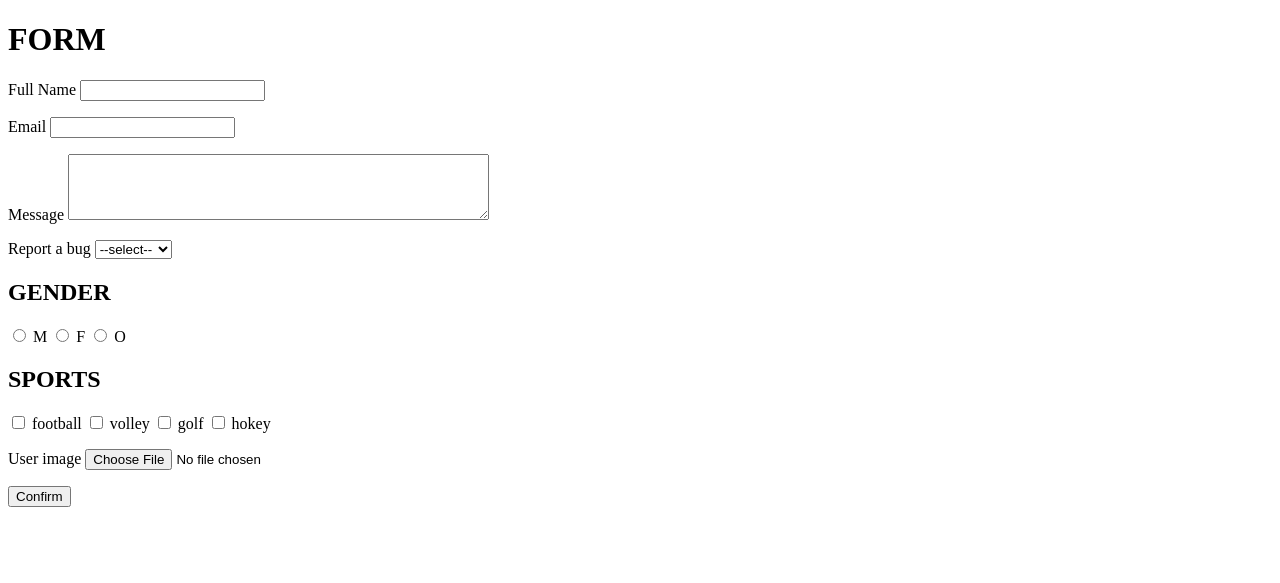
Repository: MicTomm/corso-frontend
Page: HTML/prova2/index.html
These files come from the project's save history. The page is drawn as it stood at one moment and after the next save; the edit follows.
The browser window is 1280 px wide. The pictures show the whole page.

Above is the page before, as saved 2023-11-08 11:35:48.

### HTML/prova2/index.html
<!DOCTYPE html>
<html lang="en">

<head>
  <meta charset="UTF-8">
  <meta name="viewport" content="width=device-width, initial-scale=1.0">
  <title>Form</title>
</head>

<body>
  <h1>FORM</h1>
  <main>
    <!-- method=POST è solo a scopo di esempio. la pagina si romperà non avendo un dummy server che gestisce la POST request-->
    <!-- enctype valorizzato con multipart/form lo utilizzo per il file upload -->
    <!-- enctype di default = application/x-www-form-urlencoded -->
    <form action="#" method="POST" enctype="multipart/form-data">
      <section id="sezione-1">
        <p>
          <label for="full-name">Full Name</label>
          <input type="text" id="full-name" name="full-name" required>
        </p>
        <p>
          <label for="email">Email</label>
          <input type="email" id="email" name="email" required>
        </p>
        <p>
          <label for="message">Message</label>
          <textarea id="message" name="message" rows="4" cols="50"></textarea>
        </p>
        <p>
          <label for="bug">Report a bug</label>
          <select name="bug" id="bug">
            <option value="select" selected disabled hidden>--select--</option>
            <option value="question">question</option>
            <option value="feedback">feedback</option>
            <option value="report">report</option>
          </select>
        </p>
        <p>
        <h2>GENDER</h2>
        <p>
          <input type="radio" id="M" name="gender" value="M">
          <label for="M">M</label>
          <input type="radio" id="F" name="gender" value="F">
          <label for="F">F</label>
          <input type="radio" id="O" name="gender" value="O">
          <label for="O">O</label>
        </p>
        <h2>SPORTS</h2>
        </p>
        <input type="checkbox" id="football" name="football">
        <label for="football">football</label>
        <input type="checkbox" id="volley" name="volley">
        <label for="volley">volley</label>
        <input type="checkbox" id="golf" name="golf">
        <label for="golf">golf</label>
        <input type="checkbox" id="hokey" name="hokey">
        <label for="hokey">hokey</label>
        <p>
        <p>
          <label for="image">User image</label>
          <input type="file" id="image" name="image" required accept="image/jpg, image/png, image/jpeg">
        </p>
        <!--
          <p>
            <label for="password">Password</label>
            <input type="password" id="password" name="password" minlength="6" required>
          </p> -->
      </section>
      <button>Confirm</button>
    </form>
  </main>
</body>

</html>

After the next save:
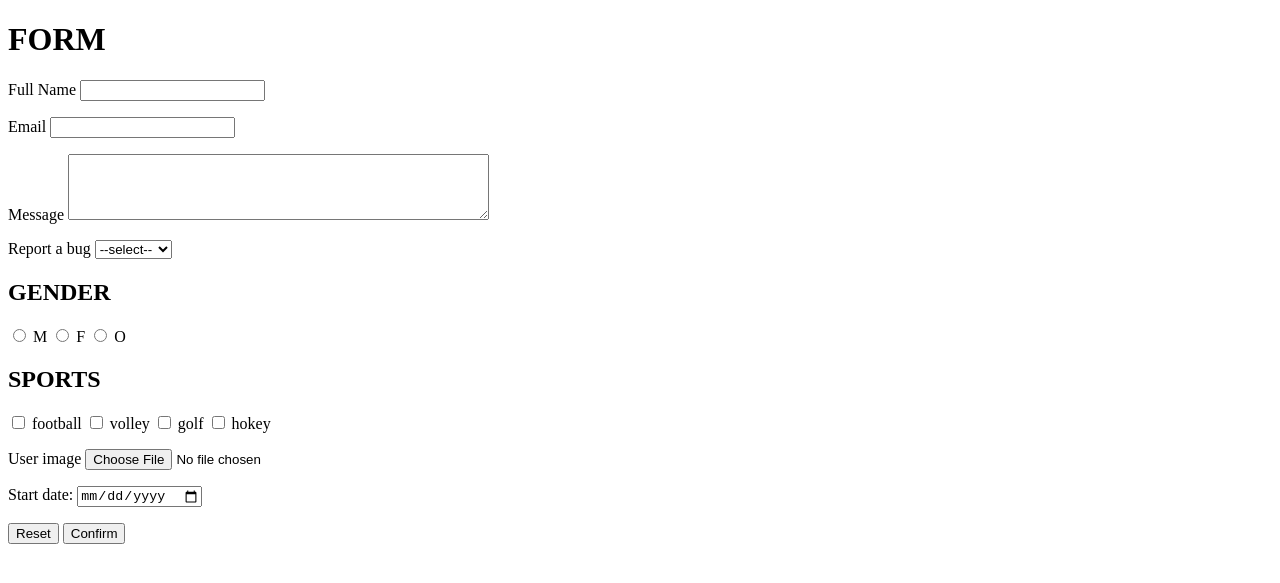
Saved 21 min 58 s later.
--- a/HTML/prova2/index.html
+++ b/HTML/prova2/index.html
@@ -61,12 +61,12 @@
           <label for="image">User image</label>
           <input type="file" id="image" name="image" required accept="image/jpg, image/png, image/jpeg">
         </p>
-        <!--
-          <p>
-            <label for="password">Password</label>
-            <input type="password" id="password" name="password" minlength="6" required>
-          </p> -->
+        <p>
+          <label for="start">Start date:</label>
+          <input type="date" id="start" name="data"/>
+        </p>
       </section>
+      <button type="reset">Reset</button>
       <button>Confirm</button>
     </form>
   </main>
